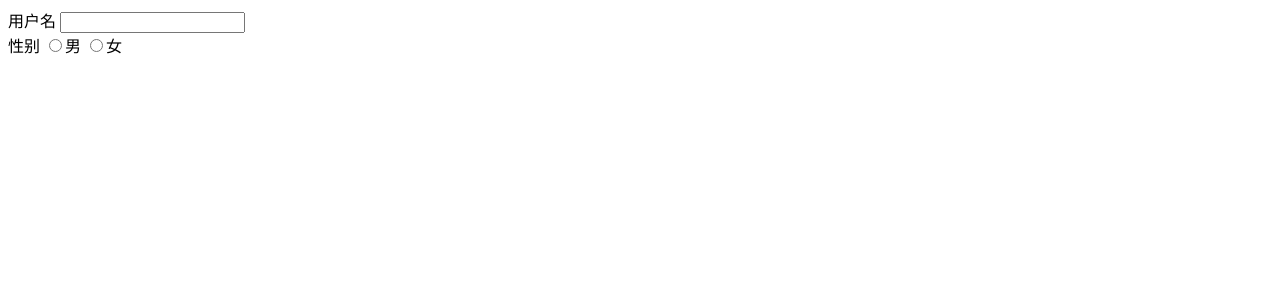
Repository: startshineye/webserver
Page: javaServer-13/oa/save.html
The author's editor kept a copy of each file at every save. The page is drawn from the files as they stood at one save, then again after the next save.
The browser window is 1280 px wide. The pictures show the whole page.

Above is the page before, as saved 2016-12-14 11:43:22.

After the next save:
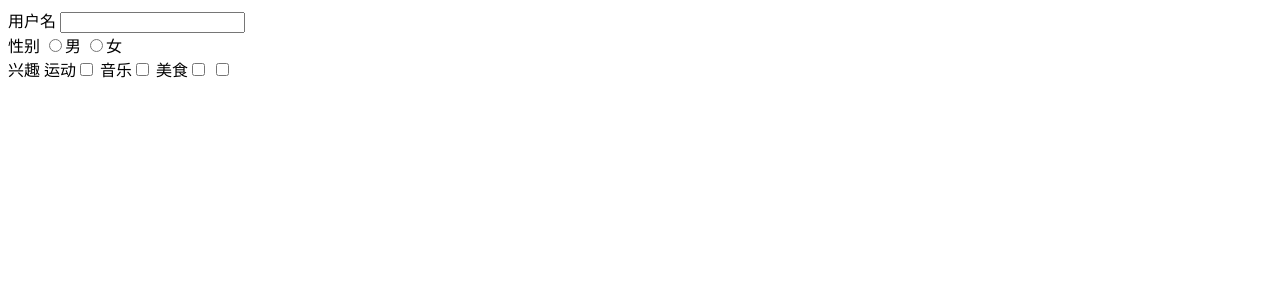
Saved 117 s later.
--- a/javaServer-13/oa/save.html
+++ b/javaServer-13/oa/save.html
@@ -12,6 +12,12 @@
     <input type="radio" name = "sex" value="m"/>男
     <input type="radio" name = "sex" value = "f"/>女
     <br/>
+ 兴趣
+    运动<input type="checkbox" name = "interest" value = "sport">
+    音乐<input type="checkbox" name = "interest" value = "music">
+    美食<input type="checkbox" name = "interest" value = "food">
+    <input type="checkbox" name = "interest" value = "sport">
+
    </form>
 </body>
 </html>
